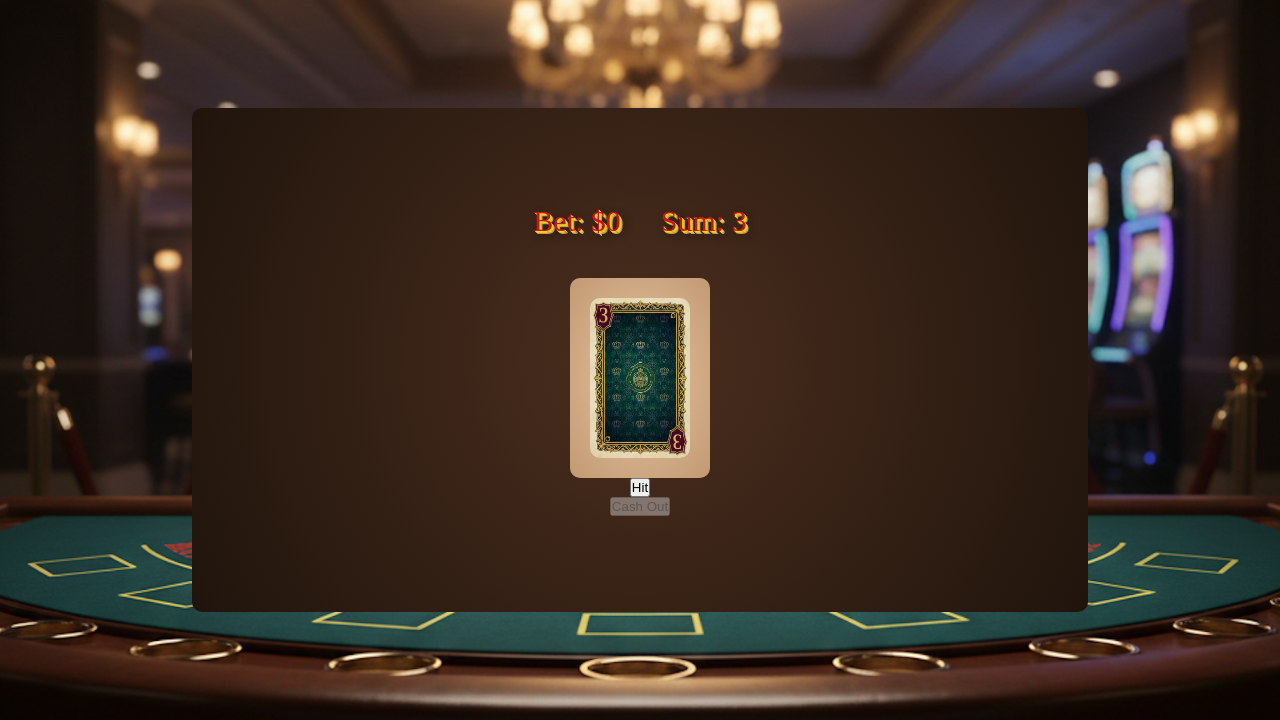
Repository: raghhavv03/javascript-practice
Page: task-5/game.html
These files come from the project's save history. The page is drawn as it stood at one moment and after the next save; the edit follows.
The browser window is 1280 px wide. The pictures show the whole page.
Some web fonts or font styles are not loaded; a fallback is used.

Above is the page before, as saved 2026-02-09 03:10:43.

After the next save:
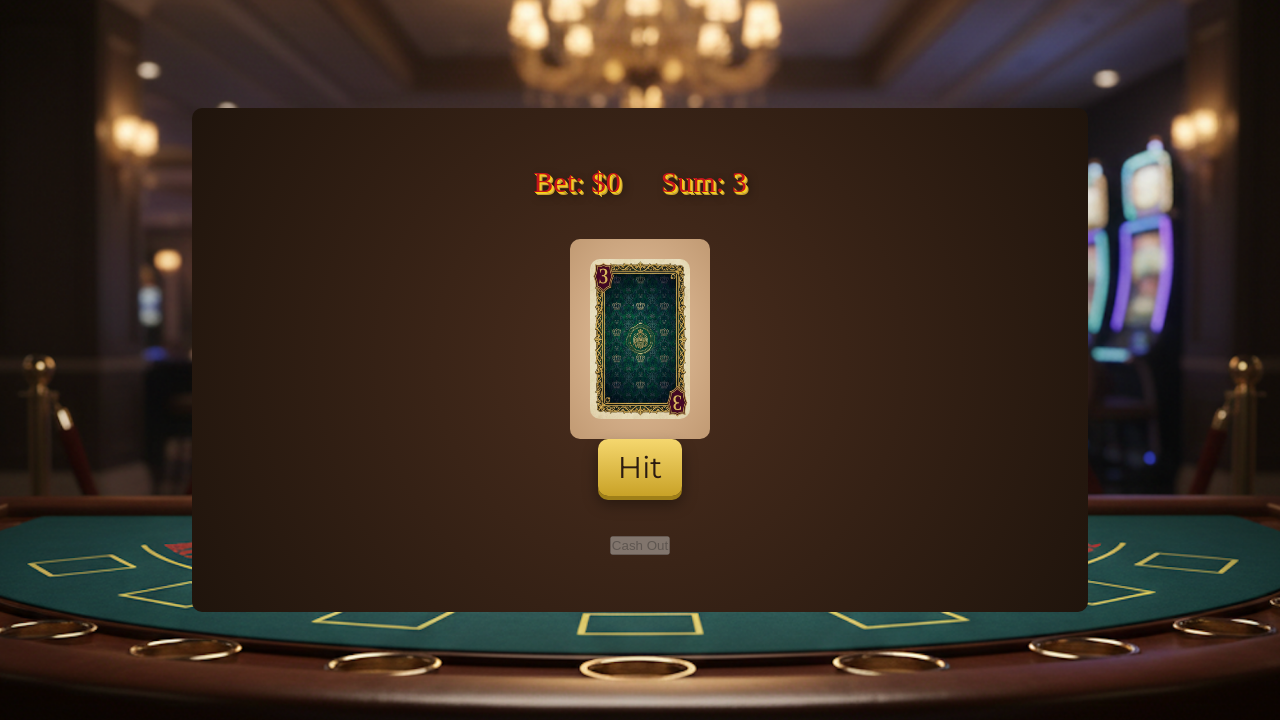
Saved 24 s later.
--- a/task-5/css/style.css
+++ b/task-5/css/style.css
@@ -187,6 +187,38 @@ body {
     border-radius: 10px;
 }
 
+#hit-btn {
+    background: linear-gradient(180deg, #f5d76e, #c9a227);
+    color: #2b1b11;
+    font-size: 30px;
+    font-family: 'Montserrat', sans-serif;
+    padding: 10px 20px;
+    border: none;
+    border-radius: 10px;
+    margin-bottom: 40px;
+    cursor: pointer;
+    box-shadow:
+        0 4px 0 #9f7f18,
+        0 8px 15px rgba(0,0,0,0.4);
+    transition: all 0.2s ease;
+}
+
+#add-money-btn:hover {
+    background: linear-gradient(180deg, #ffe58f, #e6c24f);
+    box-shadow:
+        0 4px 0 #9f7f18,
+        0 0 12px rgba(255, 215, 0, 0.8),
+        0 10px 20px rgba(0,0,0,0.5);
+    transform: translateY(-1px);
+}
+
+#add-money-btn:active {
+    transform: translateY(2px);
+    box-shadow:
+        0 2px 0 #9f7f18,
+        0 4px 8px rgba(0,0,0,0.4);
+}
+
 #add-money-btn {
     background: linear-gradient(180deg, #f5d76e, #c9a227);
     color: #2b1b11;
@@ -218,35 +250,3 @@ body {
         0 2px 0 #9f7f18,
         0 4px 8px rgba(0,0,0,0.4);
 }
-
-#add-money-btn {
-    background: linear-gradient(180deg, #f5d76e, #c9a227);
-    color: #2b1b11;
-    font-size: 30px;
-    font-family: 'Montserrat', sans-serif;
-    padding: 10px 20px;
-    border: none;
-    border-radius: 10px;
-    margin-bottom: 40px;
-    cursor: pointer;
-    box-shadow:
-        0 4px 0 #9f7f18,
-        0 8px 15px rgba(0,0,0,0.4);
-    transition: all 0.2s ease;
-}
-
-#add-money-btn:hover {
-    background: linear-gradient(180deg, #ffe58f, #e6c24f);
-    box-shadow:
-        0 4px 0 #9f7f18,
-        0 0 12px rgba(255, 215, 0, 0.8),
-        0 10px 20px rgba(0,0,0,0.5);
-    transform: translateY(-1px);
-}
-
-#add-money-btn:active {
-    transform: translateY(2px);
-    box-shadow:
-        0 2px 0 #9f7f18,
-        0 4px 8px rgba(0,0,0,0.4);
-}
